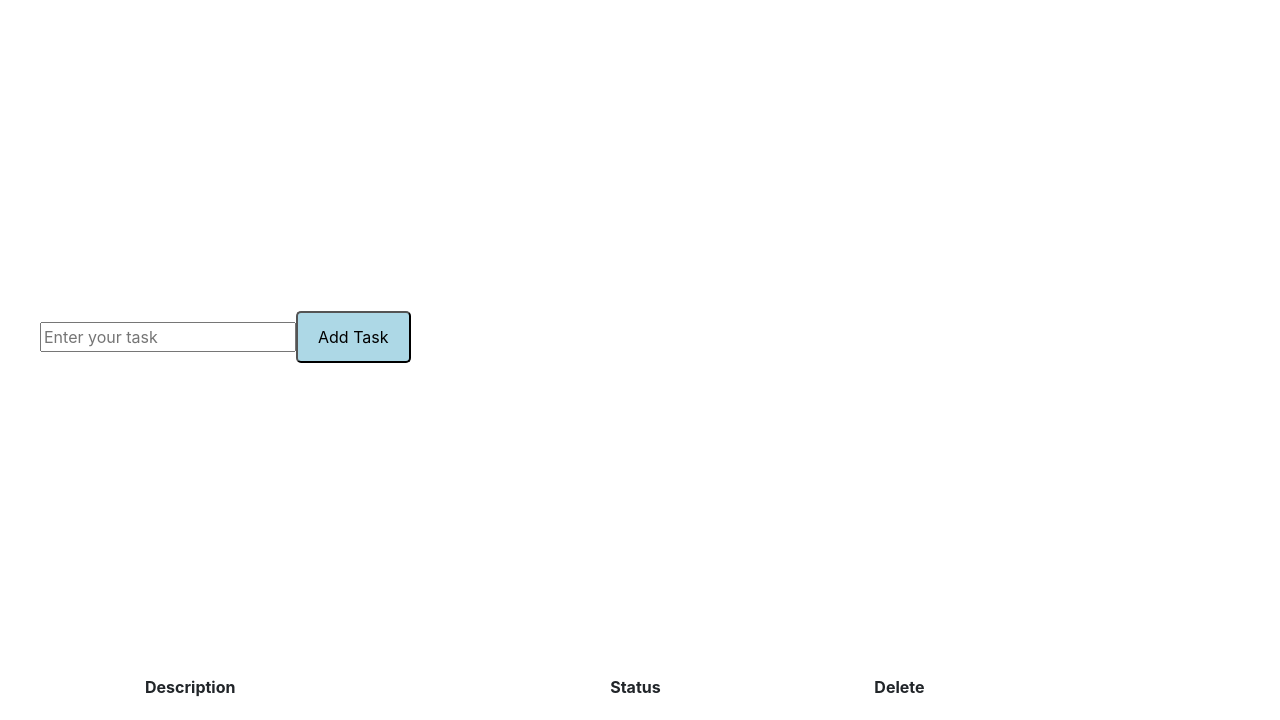
Repository: 12Arc/todoapp
Page: / (app in client/)
An editor plug-in stored every save of this project. The page is shown before and after the next save, followed by the edit.
The browser window is 1280 px wide. The pictures show the whole page.
The page's requests for data from a server got no answer. Some web libraries are served in a nearby version. The project was rebuilt for these pictures with package versions that can differ from the ones it lists, and the page was loaded fresh each time. No one was signed in, and anything a server would have sent is missing.

Above is the page before, as saved 2024-05-14 00:05:27.

### client/src/App.js
import React, { Fragment } from "react";
import "./App.css";

// Components
import AddTask from './components/Input';
import ListTodo from "./components/List";

function App() {
  return (

      <div className="main-container">

          <AddTask />

          <ListTodo />

    </div>

  );
}

export default App;

### client/src/App.css
.App {
  text-align: center;
}

.App-logo {
  height: 40vmin;
  pointer-events: none;
}

@media (prefers-reduced-motion: no-preference) {
  .App-logo {
    animation: App-logo-spin infinite 20s linear;
  }
}

.main-container {
  display: flex;
  flex-direction: column;
  align-items: center;
  justify-content: flex-start;
  width: 100vw;
  min-height: 100vh;
  padding: 20px;
}

/* Optional: Adjustments if you prefer side-by-side layout */








.App-header {
  background-color: #282c34;
  min-height: 100vh;
  display: flex;
  flex-direction: column;
  align-items: center;
  justify-content: center;
  font-size: calc(10px + 2vmin);
  color: white;
}

.App-link {
  color: #61dafb;
}

@keyframes App-logo-spin {
  from {
    transform: rotate(0deg);
  }
  to {
    transform: rotate(360deg);
  }
}

### client/src/components/Input.js
import React, {useState} from 'react';
import '../styles.css'; // Import the CSS directly
import axios from 'axios'


const AddTask= ()=>{
    //axios.defaults.baseURL = "http://localhost:8080";
    const[task, setTask] = useState("")
    const handleChange=(e)=>{
        setTask(e.target.value)

    }
    const handleSubmit=async(e)=>{
        e.preventDefault()
        try{
            const response = await axios.post('http://localhost:8080/todolist/add',{task} )
            console.log(response.data)
            setTask("")
            alert("Task added!")


        }catch(error){
            console.log("Error in posting task", error)
        }

    }

    return (

        <div className="box">
            <form className="inputbox" onSubmit={handleSubmit}>
                <input
                    type="text"
                    placeholder="Enter your task"
                    value={task}
                    onChange={handleChange}/>
                <button className="button" type="submit" >Add Task</button>
            </form>
        </div>
    )
}

export default AddTask

### client/src/components/List.js
import React, {useState, Fragment, useEffect} from 'react'
import axios from 'axios'
import '../styles.css';
const ListTodo = ()=>{

    const [List, setList] = useState([])

    const getTodo = async()=>{
        try{
            const response = await axios.get("http://localhost:8080/todolist/",List)
            setList(response.data)
        }catch(err){
            console.error(err.message)
        }
    }
    useEffect(() => {
        getTodo();
      }, []);
    console.log(List)

    return (

        <Fragment>
            <table >
                <thead>
                    <tr>
                    <th>Description</th>
                    <th>Status</th>
            <       th>Delete</th>
                    </tr>
                </thead>
                <tbody>
                {List.map(item=>(
                    <tr key={item._id}>
                        <td>{item.task}</td>
                        <td><button>Complete</button></td>
                        <td><button>Delete</button></td>

                    </tr>
                ))}
             </tbody>
            </table>
        </Fragment>
    )
}

export default ListTodo

### client/src/styles.css




  .inputbox {
    margin-bottom: 20px; /* Adds space between the input form and the list */
}


  .box{
    width: 100%; /* Use full width to ensure alignment */
    display: block; /* Ensures that elements stack vertically */
    margin: auto; /* Center the box horizontally */
    padding: 20px; /* Provides padding around the content */
}

  /* Reset default margins and paddings */
  body {
    margin: 0;
    padding: 0;
    display: flex;
    justify-content: center;
    align-items: center;
    height: 100vh;
  }

  .button{
    padding: 12px 20px;
    cursor: pointer;
    border-radius: 5px;
    background-color: lightblue;


  }

  table {
    width: 80%; /* Adjust based on your design preference */
    margin: 0 auto; /* Center the table horizontally within its container */
    border-collapse: collapse; /* Clean up borders */
}

Loaded but not shown: client/public/index.html (common file); client/src/index.js (common file); client/src/index.css (common file)

After the next save:
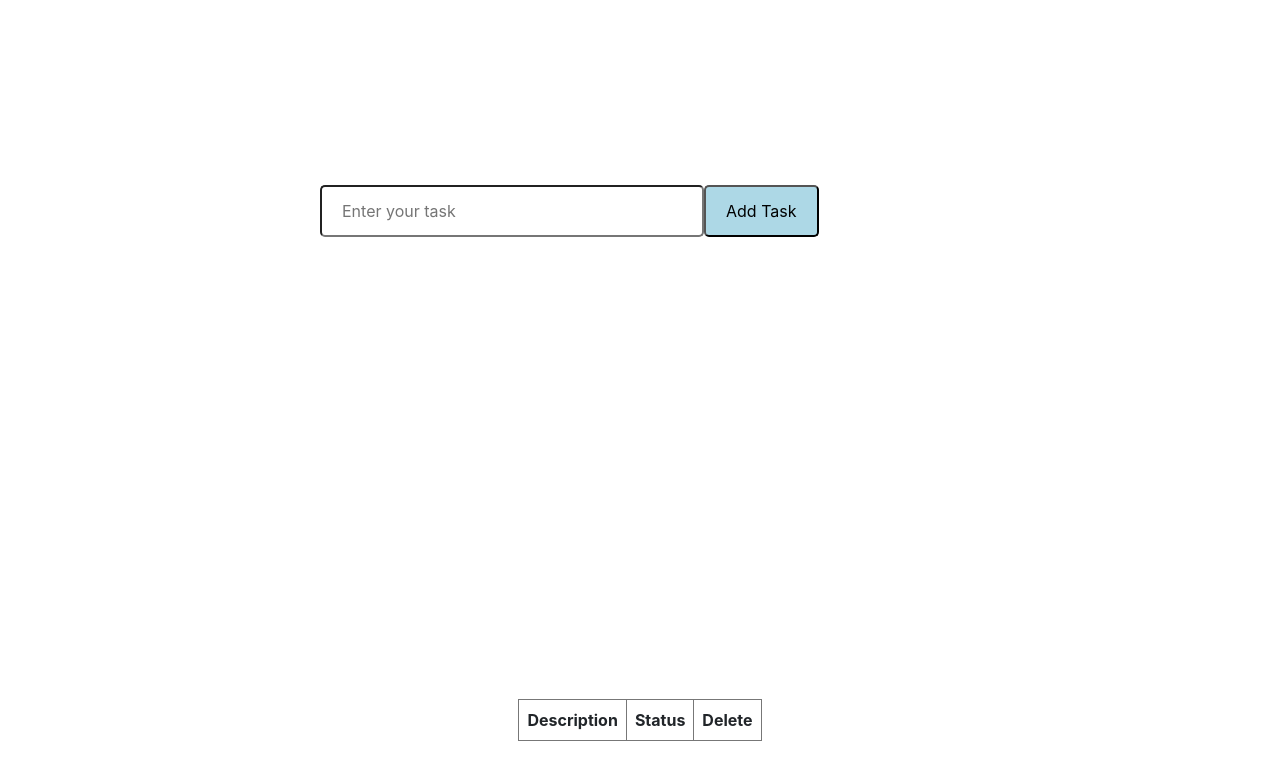
Saved 37 s later.
--- a/client/src/styles.css
+++ b/client/src/styles.css
@@ -1,40 +1,61 @@
+
+.box {
+  display: flex;
+  align-items: center; /* Vertically center the content */
+  justify-content: center; /* Horizontally center the content */
+  height: 100vh; /* Full viewport height */
+  width: 100vw; /* Full viewport width */
+  flex-direction: column;
+  position: relative;
+}
+
+/* Styles for the input container */
+.inputbox {
+  width: 50%; /* Adjust based on preference, e.g., 80% of the parent width */
+  display: flex;
+  margin-bottom: 20%;
 
 
+}
+
+/* Ensure the input field itself is styled appealingly */
+input {
+  width: 60%; /* Fill the container */
+  padding: 12px 20px; /* Padding for aesthetics */
+  font-size: 16px; /* Sufficiently large font size for readability */
+
+  border-radius: 5px; /* Rounded corners */
+}
+
+/* Reset default margins and paddings */
+body {
+  margin: 0;
+  padding: 0;
+  display: flex;
+  justify-content: center;
+  align-items: center;
+  height: 100vh;
+}
+
+.button{
+  padding: 12px 20px;
+  cursor: pointer;
+  border-radius: 5px;
+  background-color: lightblue;
 
 
-  .inputbox {
-    margin-bottom: 20px; /* Adds space between the input form and the list */
 }
 
-
-  .box{
-    width: 100%; /* Use full width to ensure alignment */
-    display: block; /* Ensures that elements stack vertically */
-    margin: auto; /* Center the box horizontally */
-    padding: 20px; /* Provides padding around the content */
+td,th{
+  border: 1px solid #777;
+  padding: 0.5rem;
+  text-align: center;
 }
 
-  /* Reset default margins and paddings */
-  body {
-    margin: 0;
-    padding: 0;
-    display: flex;
-    justify-content: center;
-    align-items: center;
-    height: 100vh;
-  }
+table{
+  border-collapse: collapse;
+}
 
-  .button{
-    padding: 12px 20px;
-    cursor: pointer;
-    border-radius: 5px;
-    background-color: lightblue;
-
-
-  }
-
-  table {
-    width: 80%; /* Adjust based on your design preference */
-    margin: 0 auto; /* Center the table horizontally within its container */
-    border-collapse: collapse; /* Clean up borders */
+tbody tr:nth-child(odd) {
+  background: #eee;
 }
